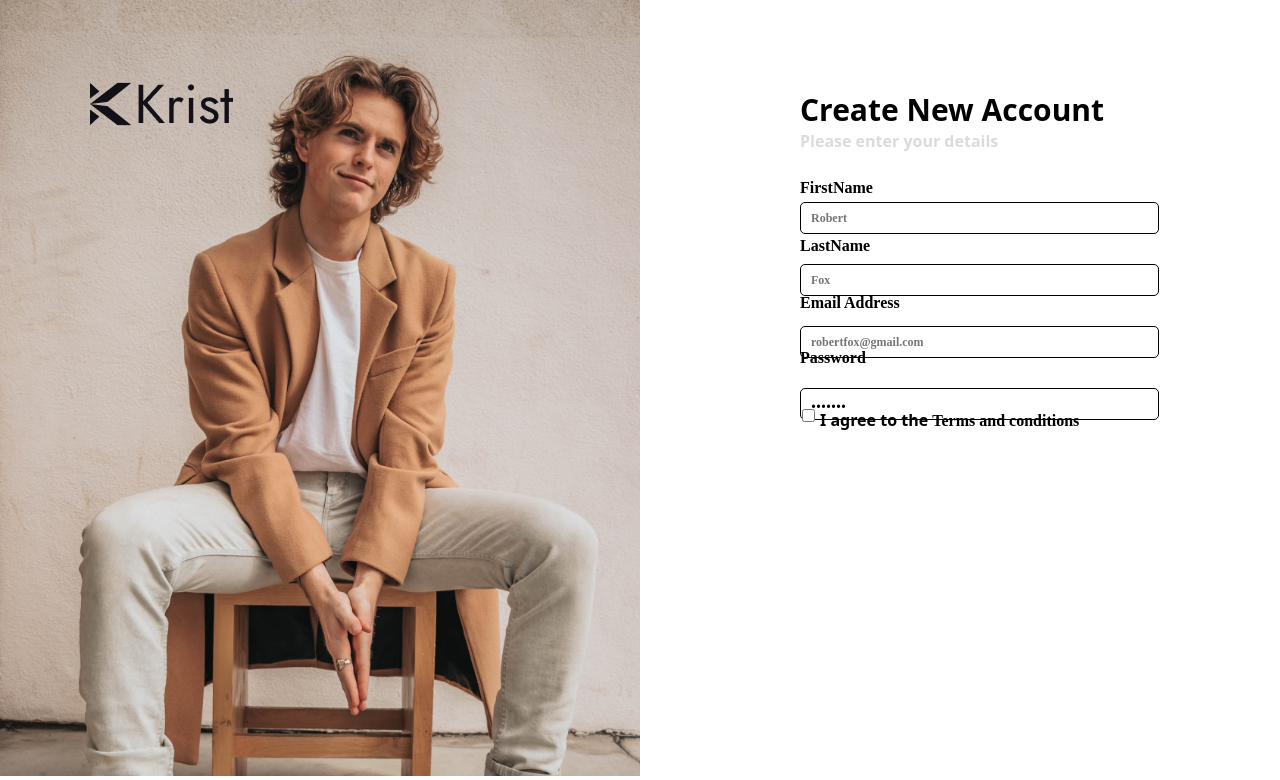
Repository: isaacCodes1/Krist-Website
Page: new-account.html
These files come from the project's save history. The page is drawn as it stood at one moment and after the next save; the edit follows.
The browser window is 1280 px wide. The pictures show the whole page.

Above is the page before, as saved 2024-04-10 14:24:55.

### new-account.html
<!DOCTYPE html>
<html lang="en">
  <head>
    <meta charset="UTF-8" />
    <meta name="viewport" content="width=device-width, initial-scale=1.0" />
    <title>New Account</title>
    <link rel="stylesheet" href="style.css">
  </head>
  <body>
    <div class="image">
        <img src="/Assets/Rectangle 3463272 (1).png" alt="" />
      </div>
      <div class="logo">
        <a href="Home-page.html"><img src="/Assets/Group 56.png" alt="" /></a>
      </div>

      <form class="new" action="">
        <h1 class="create">Create New Account</h1>
        <p>Please enter your details</p>
        <label class="firstname" for="">FirstName</label>
        <input class="inpute" type="text" placeholder="Robert">  <br>
        <label class="lastname" for="">LastName</label>
        <input class="inpute" type="text" placeholder="Fox">  <br>
        <label class="email" for="">Email Address</label>
        <input class="inpute" type="email" placeholder="robertfox@gmail.com"> <br>
        <label class="password" for="">Password</label>
        <input class="inpute" type="password" placeholder="......." id="place">
        <div class="checkboxes">
            <input class="check1" type="checkbox" name="" id="" />
           <p class="label2">I agree to the <strong>Terms and conditions</strong></p>
          </div>
      </form>
  </body>
</html>

### style.css
* {
  margin: 0;
  padding: 0;
  box-sizing: border-box;
  font-family: "Times New Roman", Times, serif;
  font-weight: 600;
}
.navBar {
  display: flex;
  align-items: center;
  margin-bottom: 40px;
  position: relative;
}
.navBar img {
  margin-left: 90px;
  padding-top: 20px;
  padding-right: 190px;
}
.logoItems ul {
  display: flex;
  list-style: none;
  padding-top: 20px;
  gap: 70px;
}
.logoItems ul li {
  font-size: 15px;
}
.logoItems ul li:hover {
  transform: scale(1.05);
  font-weight: 700;
}
.shop {
  position: relative;
}
.bx-down-arrow {
  position: absolute;
  left: 9000px;
}
.contact {
  position: relative;
}
.bx-search {
  position: absolute;
  right: 300px;
  top: 37px;
  font-size: 20px;
}
.bx-heart {
  position: absolute;
  right: 270px;
  top: 35px;
  font-size: 20px;
}
.bx-shopping-bag {
  position: absolute;
  right: 240px;
  top: 35px;
  font-size: 20px;
}
.bx-down-arrow {
  position: absolute;
  left: 570px;
  top: 40px;
}
.bx-right-arrow-alt {
  font-size: 15px;
}
.landingPage {
  display: flex;
  flex-direction: column;
  background: rgb(242, 243, 241);
  border-radius: 5 px;
  height: 620px;
  margin-bottom: 50px;
  margin-left: 50px;
  margin-right: 50px;
  position: relative;
}

.landingPageText {
  margin-top: 200px;
  margin-left: 150px;
  position: relative;
}
.landingPageText h1 {
  font-size: 42px;
  font-weight: 900;
}
.landingPage h2 {
  font-size: 85px;
  position: absolute;
  top: 500px;
  left: 30px;
  color: #e4e2e2;
}
.classic {
  font-size: 30px;
  font-weight: 500;
  margin-bottom: 10px;
}
.landingPageText p {
  font-size: 30px;
  font-weight: 400;
  margin-bottom: 20px;
}
button {
  padding: 12px 28px;
  background: #000;
  border: 1px;
  border-radius: 7px;
  transition: all 0.42s ease;
}
button a {
  text-decoration: none;
  font-size: 13px;
  color: #fff;
}
button:hover {
  color: #000;
  background: grey;
}
.landingPage img {
  width: 600px;
  position: absolute;
  top: 120px;
  right: 200px;
  background: transparent;
  height: 80%;
}
.login {
  padding: 12px 28px;
  background: #000;
  border: 1px;
  border-radius: 7px;
  margin-left: 800px;
  position: absolute;
  top: 25px;
}
.login a {
  text-decoration: none;
  font-size: 13px;
  color: #fff;
}
.cards {
  margin-bottom: 70px;
}
.cardstext {
  font-size: 30px;
  margin-left: 90px;
  padding-top: 60px;
  padding-bottom: 30px;
}
.cardsImg {
  display: flex;
  margin-left: 74px;
}
.cardsImg img {
  width: 300px;
  margin-left: 20px;
}
.as1 {
  position: relative;
}
.as2 {
  position: relative;
}
.as3 {
  position: relative;
}
.as4 {
  position: relative;
}
.a1 {
  font-size: 45px;
  color: #fff;
  position: absolute;
  top: 1000px;
  left: 150px;
}
.a2 {
  position: absolute;
  top: 1000px;
  font-size: 45px;
  color: #fff;
  left: 450px;
}
.a3 {
  position: absolute;
  top: 1000px;
  color: #fff;
  font-size: 45px;
  left: 800px;
}
.a4 {
  position: absolute;
  top: 1000px;
  color: #fff;
  font-size: 45px;
  left: 1100px;
}
.but1 {
  background: #fff;
  position: absolute;
  left: 140px;
  font-size: 20px;
  top: 1240px;
  padding: 10px 50px;
  transition: 1s ease-in-out;
}
.but1:hover {
  background: #000;
  color: #fff;
}
.but2 {
  background: #fff;
  position: absolute;
  left: 450px;
  font-size: 20px;
  top: 1240px;
  padding: 10px 50px;
  transition: 1s ease-in-out;
}
.but2:hover {
  background: #000;
  color: #fff;
}
.but3 {
  background: #fff;
  position: absolute;
  left: 780px;
  font-size: 20px;
  top: 1240px;
  padding: 10px 50px;
  transition: 1s ease-in-out;
}
.but3:hover {
  background: #000;
  color: #fff;
}
.but4 {
  background: #fff;
  position: absolute;
  left: 1100px;
  font-size: 20px;
  top: 1245px;
  padding: 8px 50px;
  transition: 1s ease-in-out;
}
.but4:hover {
  background: #000;
  color: #fff;
}
.clothes {
  margin-bottom: 170px;
}
.clothesText {
  text-align: center;
  font-size: 30px;
  margin-bottom: 30px;
}
.clothesImg {
  margin-left: 74px;
}
.clothesImg img {
  width: 300px;
  margin-left: 20px;
}
.sneakers {
  position: relative;
}
.sneakersText {
  position: absolute;
  left: 92px;
  font-size: 15px;
}
.road {
  font-weight: 700;
  font-size: 16px;
}
.cancel {
  left: 50px;
  position: absolute;
  bottom: 0px;
}
.bx-x {
  position: absolute;
  bottom: 0px;
  left: 45px;
  font-weight: 900;
  color: red;
}
.sneakers1 {
  position: relative;
}
.sneakersText1 {
  position: absolute;
  left: 420px;
  font-size: 15px;
}
.road1 {
  font-weight: 700;
  font-size: 16px;
}
.cancel1 {
  left: 50px;
  position: absolute;
  bottom: 0px;
}
.sneakers2 {
  position: relative;
}
.sneakersText2 {
  position: absolute;
  left: 740px;
  font-size: 15px;
}
.road2 {
  font-weight: 700;
  font-size: 16px;
}
.cancel2 {
  position: absolute;
  left: 50px;
  bottom: 0px;
}
.sneakers3 {
  position: relative;
}
.sneakersText3 {
  position: absolute;
  left: 1070px;
  font-size: 15px;
  margin-bottom: 50px;
}
.road3 {
  font-weight: 700;
  font-size: 16px;
}
.cancel3 {
  position: absolute;
  left: 50px;
  bottom: 0px;
}
.sneak {
  margin-bottom: 150px;
}
.deal {
  display: flex;
}
.deals {
  font-size: 30px;
  margin-bottom: 20px;
}
.dealsText {
  margin-left: 94px;
  position: relative;
}
.dealsImg {
  margin-left: 170px;
}
.timer1 {
  border: 1px solid #dbdbdb;
  color: #000;
  background: #fff;
  padding: 7px 9px;
  margin-left: 15px;
}
.timer1:hover {
  background: #fff;
}
.timer1h {
  font-size: 18px;
  font-weight: 700;
}
.pp {
  margin-bottom: 20px;
}
.butto {
  position: absolute;
  top: 231px;
  left: 16px;
}
.forms {
  position: relative;
}
.logo {
  display: flex;
  align-items: center;
  margin-bottom: 40px;
  position: absolute;
  bottom: 550px;
}
.logo img {
  margin-left: 90px;
  margin-top: 100px;
  padding-right: 190px;
}
.image {
  position: relative;
}
.image img {
  background-size: contain;
  width: 50%;
  height: 20%;
}
form {
  position: absolute;
  left: 800px;
  bottom: 300px;
}
form h1 {
  font-size: 40px;
  font-family: system-ui, -apple-system, BlinkMacSystemFont, "Segoe UI", Roboto,
    Oxygen, Ubuntu, Cantarell, "Open Sans", "Helvetica Neue", sans-serif;
  font-weight: bolder;
}
form p {
  color: #dbdbdb;
  font-family: system-ui, -apple-system, BlinkMacSystemFont, "Segoe UI", Roboto,
    Oxygen, Ubuntu, Cantarell, "Open Sans", "Helvetica Neue", sans-serif;
  margin-bottom: 20px;
}
.email {
  position: absolute;
  top: 95px;
}
.inpute {
  position: relative;
  padding-right: 170px;
  padding-left: 10px;
  padding-top: 7px;
  padding-bottom: 7px;
  border-radius: 5px;
  outline: none;
  border: 1px solid #000;
  margin-top: 30px;
}
.inputp {
  position: relative;
  padding-right: 170px;
  padding-left: 10px;
  padding-top: 7px;
  padding-bottom: 7px;
  border-radius: 5px;
  outline: none;
  border: 1px solid #000;
  margin-top: 30px;
  margin-bottom: 20px;
}
.inpute::placeholder {
  font-size: 12px;
}
#place::placeholder {
  font-size: 20px;
  color: #000;
}
.password {
  position: absolute;
  top: 155px;
}
.check {
  position: absolute;
  top: 220px;
  left: 2px;
}
.label1 {
  margin-left: 20px;
  position: absolute;
  top: 220px;
}
.forgot {
  color: #000;
  position: absolute;
  left: 210px;
  font-size: 10px;
  top: 220px;
}
.log {
  position: absolute;
  color: #000;
  background: #fff;
  border: 1px solid black;
  font-family: system-ui, -apple-system, BlinkMacSystemFont, "Segoe UI", Roboto,
    Oxygen, Ubuntu, Cantarell, "Open Sans", "Helvetica Neue", sans-serif;
    left: 800px;
    bottom: 250px;
    padding: 10px 140px;
    border-radius: 7px;
    transition: 1s ease-in-out  ;
}
.log:hover{
  background: #000;
  color: #fff;
}
.lo{
  position: absolute;
  color: #000;
  background: #fff;
  border: 1px solid black;
  font-family: system-ui, -apple-system, BlinkMacSystemFont, "Segoe UI", Roboto,
    Oxygen, Ubuntu, Cantarell, "Open Sans", "Helvetica Neue", sans-serif;
    left: 800px;
    bottom: 180px;
    padding: 10px 110px;
    border-radius: 7px;
    transition: 1s ease-in-out  ;
}
.or{
  position: absolute;
  left: 800px;
  bottom: 250px;
}
.lo:hover{
  background: #000;
  color: #fff;
}
.create{
  font-size: 30px;
  font-family: system-ui, -apple-system, BlinkMacSystemFont, "Segoe UI", Roboto,
    Oxygen, Ubuntu, Cantarell, "Open Sans", "Helvetica Neue", sans-serif;
  font-weight: bolder;
}
.new{
  position: absolute;
  left: 800px;
  bottom: 300px;
}
.firstname{
  position: absolute;
  top: 90px;
}
.lastname{
  position: absolute;
  top: 148px;
}
.email{
  position: absolute;
  top: 205px;
}
.password{
  position: absolute;
  top: 260px;
}
.check1{
  position: absolute;
  top: 320px;
  left: 2px;
}
.label2{
  margin-left: 20px;
  position: absolute;
  top: 320px;
  color: #000;
}

After the next save:
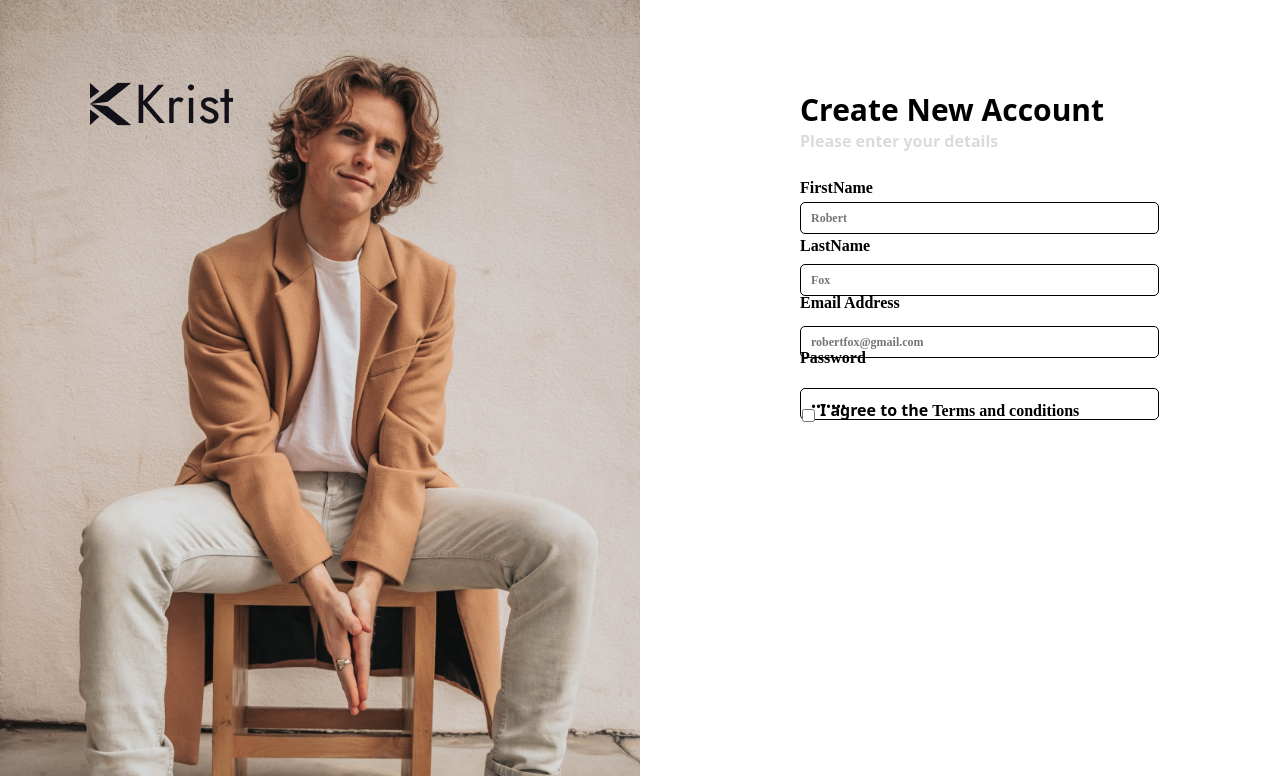
Saved 11 s later.
--- a/style.css
+++ b/style.css
@@ -549,6 +549,6 @@ form p {
 .label2{
   margin-left: 20px;
   position: absolute;
-  top: 320px;
-  color: #000;
-}
+  top: 310px;
+  color: #000;
+}
